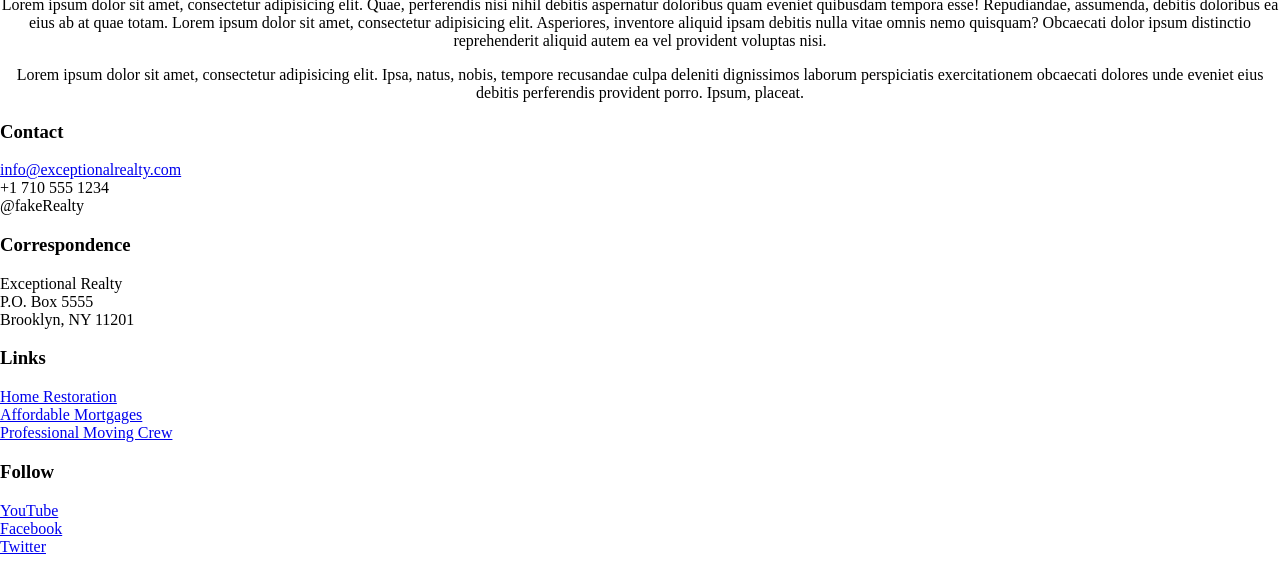
Repository: peterclermy232/phase-0-css-fundamentals-lab
Page: index.html
An editor plug-in stored every save of this project. The page is shown before and after the next save, followed by the edit.
The browser window is 1280 px wide. The pictures show the part of the page from y = 456 to 1028 px (the page is 1028 px tall).
A picture or video elsewhere on the page could not be fetched, so the positions and the page height are approximate.

Above is the page before, as saved 2022-05-29 19:30:37.

### index.html
<!DOCTYPE html>
<html lang="en">
  <head>
    <meta charset="UTF-8">
    <title>Exceptional Realty Group - Luxury Homes - About</title>
    <!-- Don't forget to link your CSS file! -->
    <link rel="stylesheet" href="./style.css">
  </head>
  <body>
    <header>
      <!-- logo -->
      <h1>Exceptional Realty Group</h1>

      <nav>
        <a href="index.html">About</a>
        <a href="new-properties.html">New Properties</a>
        <a href="real-estate-listings.html">Listings</a>
        <a href="market-report.html">Market Report</a>
        <a href="contact.html">Contact</a>
        <a href="http://hud.gov" target="_blank">H.U.D.</a>
      </nav>
    </header>

    <section id="featured-property">
      <figure>
        <img src="images/intro-pic.jpg" alt="A beautiful living room." title="Welcome to Exceptional Realty Group">
        <figcaption>345 Carl Street Apt 12, Carrol Rd. Brooklyn, NY - Photo by Denise Richards.</figcaption>
      </figure>

      <p>Lorem ipsum dolor sit amet, consectetur adipisicing elit. Quae, perferendis nisi nihil debitis aspernatur doloribus quam eveniet quibusdam tempora esse! Repudiandae, assumenda, debitis doloribus ea eius ab at quae totam. Lorem ipsum dolor sit amet, consectetur adipisicing elit. Asperiores, inventore aliquid ipsam debitis nulla vitae omnis nemo quisquam? Obcaecati dolor ipsum distinctio reprehenderit aliquid autem ea vel provident voluptas nisi.</p>
      <p>Lorem ipsum dolor sit amet, consectetur adipisicing elit. Ipsa, natus, nobis, tempore recusandae culpa deleniti dignissimos laborum perspiciatis exercitationem obcaecati dolores unde eveniet eius debitis perferendis provident porro. Ipsum, placeat.</p>
    </section>

    <section id="details">
      <div>
        <h3>Contact</h3>
        <p>
          <a href="mailto:info@exceptionalrealty.com">info@exceptionalrealty.com</a><br>
          +1 710 555 1234<br>
          @fakeRealty
        </p>
      </div>

      <div>
        <h3>Correspondence</h3>
        <p>
          Exceptional Realty<br>
          P.O. Box 5555<br>
          Brooklyn, NY 11201
        </p>
      </div>

      <div>
        <h3>Links</h3>
        <p>
          <a href="#" target="_blank">Home Restoration</a><br>
          <a href="#" target="_blank">Affordable Mortgages</a><br>
          <a href="#" target="_blank">Professional Moving Crew</a>
        </p>
      </div>

      <div>
        <h3>Follow</h3>
        <p>
          <a href="#" target="_blank">YouTube</a><br>
          <a href="#" target="_blank">Facebook</a><br>
          <a href="#" target="_blank">Twitter</a>
        </p>
      </div>
    </section>
  </body>
</html>

### style.css
body {
  width: 100%;
  height: 100%;
  margin: 0;
}

h1{
  text-align: center;

}
nav{
  text-align: center;
}
#featured-property{
  text-align: center;
}

After the next save:
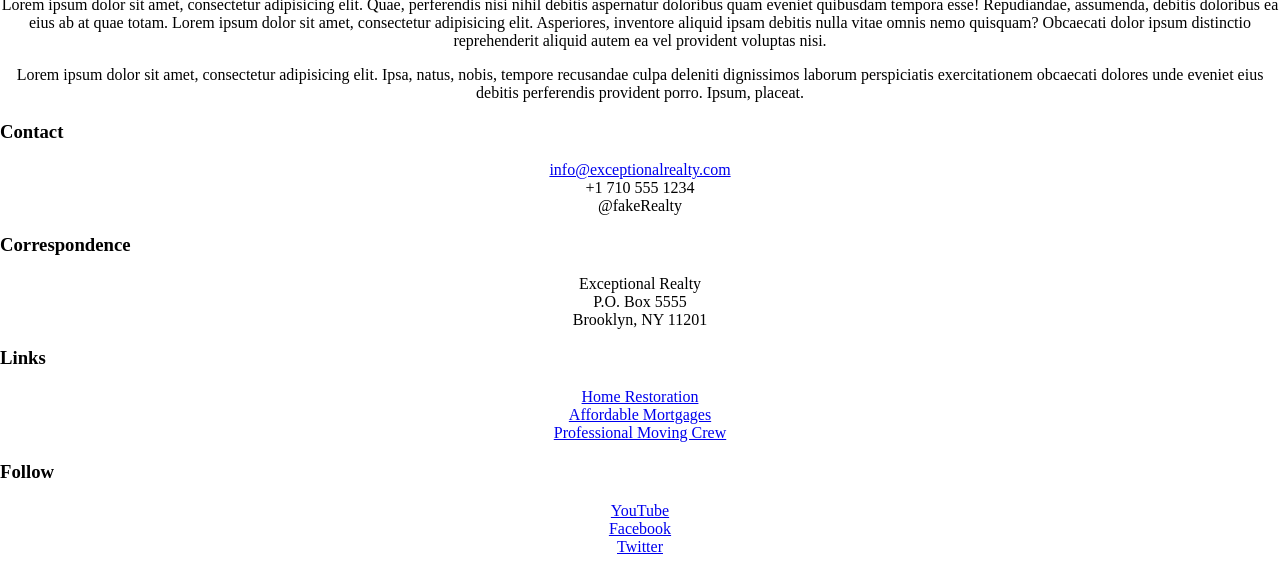
Saved 33 s later.
--- a/style.css
+++ b/style.css
@@ -11,6 +11,6 @@
 nav{
   text-align: center;
 }
-#featured-property{
+#featured-property,p{
   text-align: center;
 }

After the save that followed:
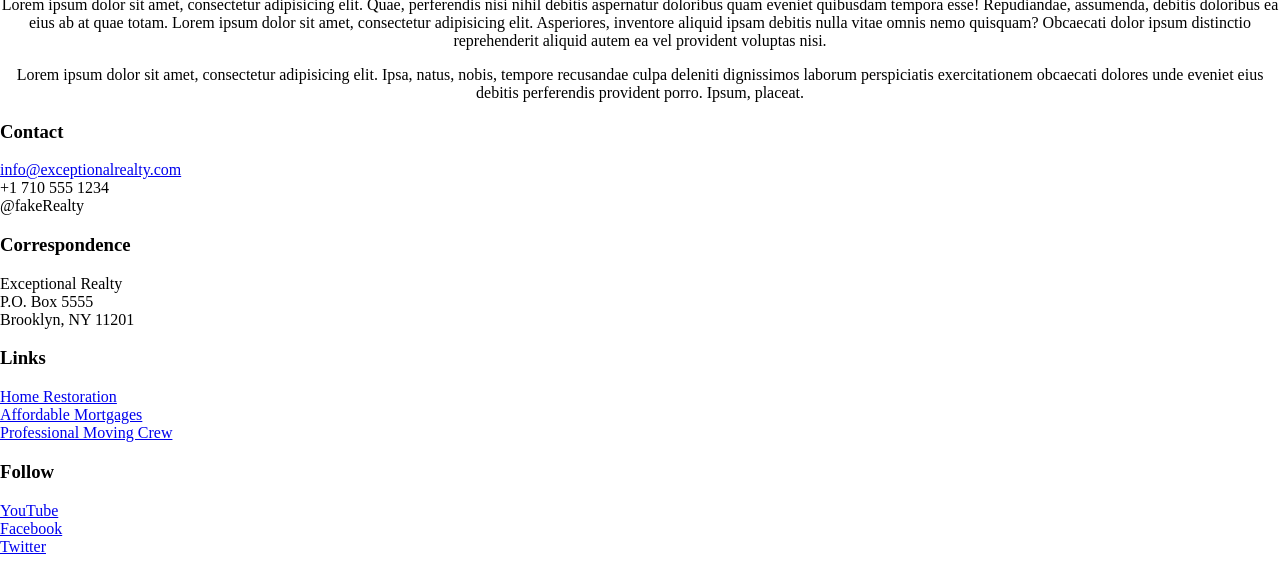
Saved 13 s later.
--- a/style.css
+++ b/style.css
@@ -11,6 +11,6 @@
 nav{
   text-align: center;
 }
-#featured-property,p{
+#featured-property{
   text-align: center;
 }
